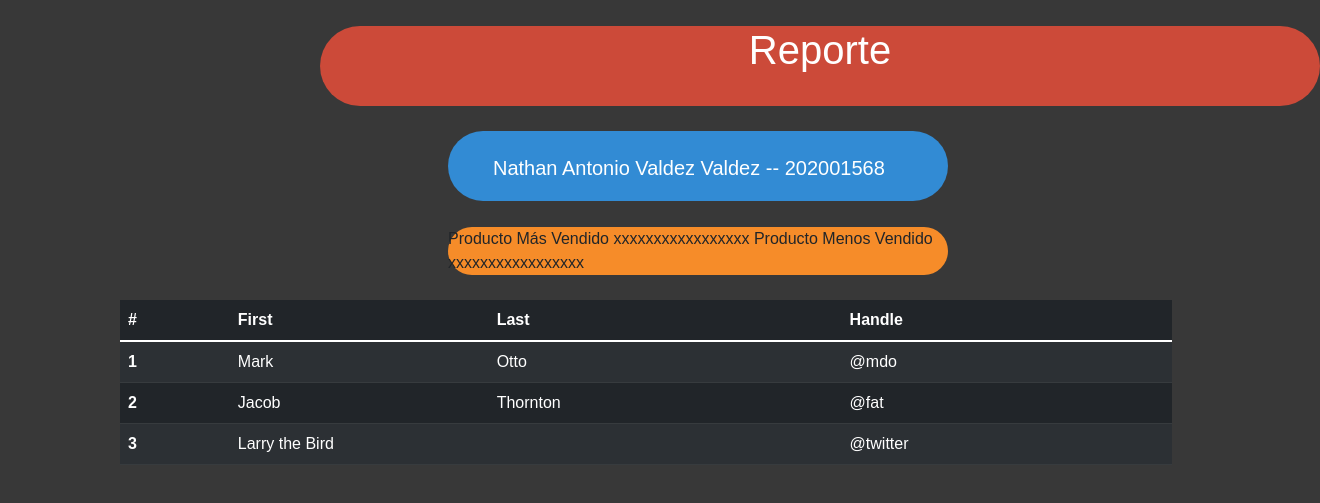
Repository: nathanvdev/LFP_PR_202001568
Page: plantilla.html
An editor plug-in stored every save of this project. The page is shown before and after a run of saves, followed by the edit.
The browser window is 1280 px wide. The page is 1320 px wide, so the pictures cover 1320 px, including what lies to the right of the window. The pictures show the whole page.

Above is the page before, as saved 2022-02-19 19:16:39.

After the next 3 saves:
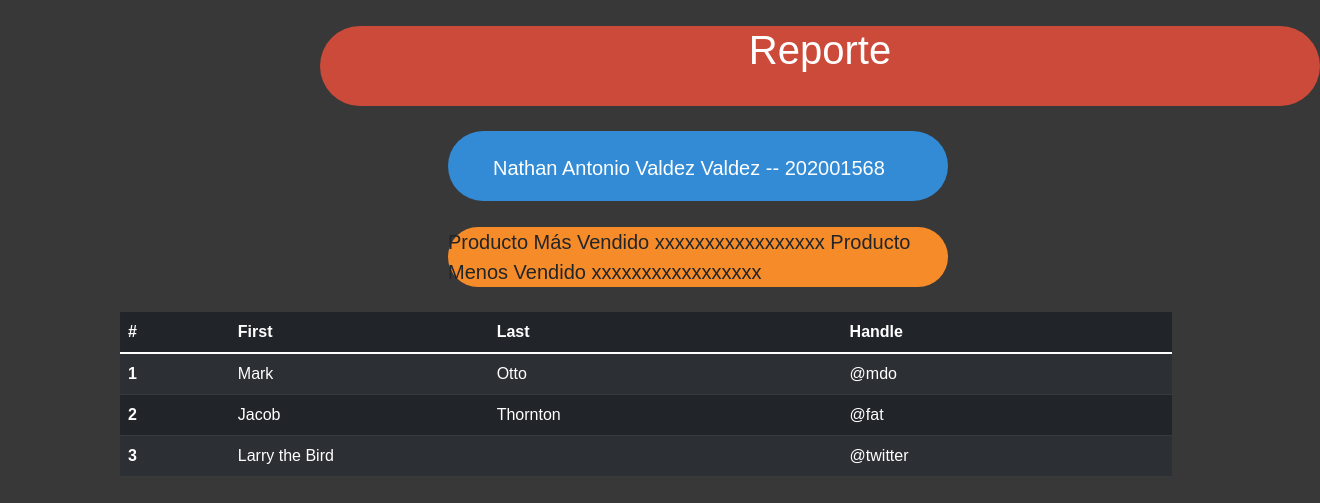
The 3 saves are shown as one change because they came seconds apart.
The last was saved 33 s later.
--- a/plantilla.html
+++ b/plantilla.html
@@ -50,6 +50,9 @@
         margin-left: 35%;
         border-radius: 45px;
     }
+    .productos{
+        font-size: 20px;
+    }
 </style>
 <body style="background-color: rgb(56, 56, 56);">
     <div class="titlebox">
@@ -63,7 +66,7 @@
     </div>
 
     <div class="Datos">
-        <div>
+        <div class="productos">
             Producto Más Vendido
             xxxxxxxxxxxxxxxxx
             Producto Menos Vendido
